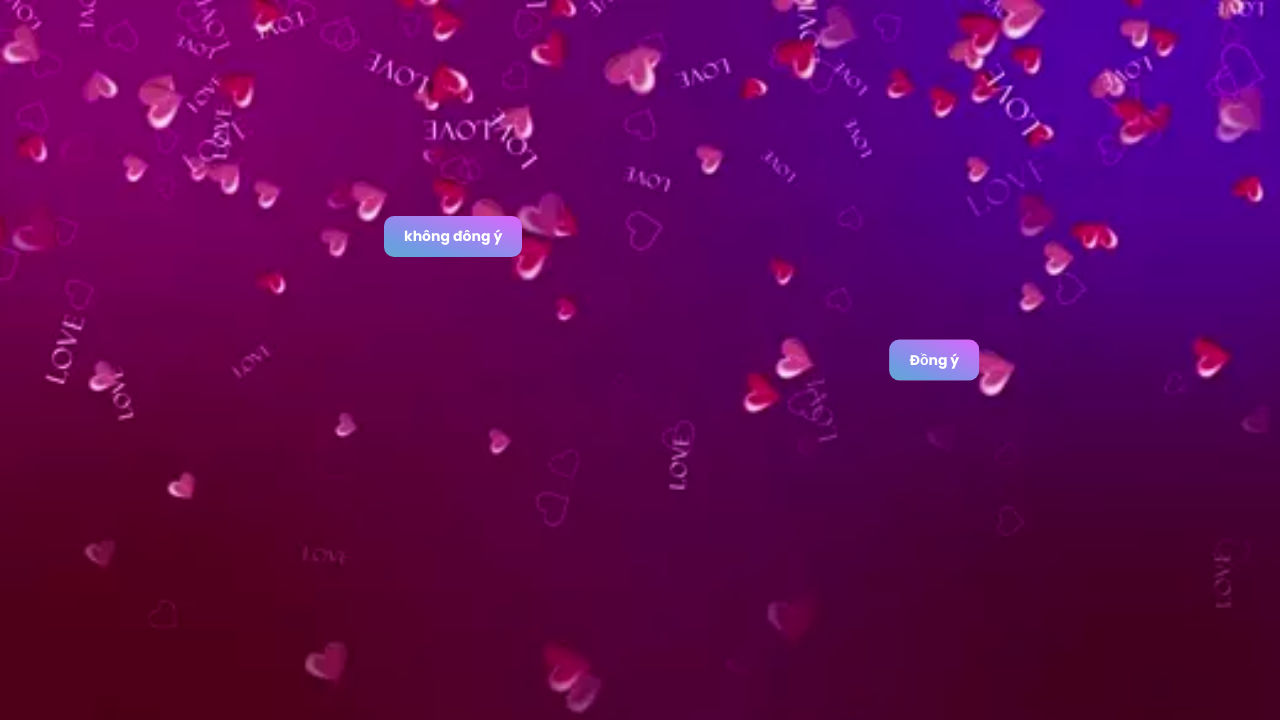
Repository: kuluong2000/love
Page: index.html
An editor plug-in stored every save of this project. The page is shown before and after the next save, followed by the edit.
The browser window is 1280 px wide. The pictures show the whole page.

Above is the page before, as saved 2022-06-04 22:45:42.

### index.html
<!DOCTYPE html>
<html lang="en">
  <head>
    <meta charset="UTF-8" />
    <meta http-equiv="X-UA-Compatible" content="IE=edge" />
    <meta name="viewport" content="width=device-width, initial-scale=1.0" />
    <link rel="stylesheet" href="app.css" />
    <title>Document</title>
  </head>
  <body>
    <div class="love">
      <button class="love-success btn">Đồng ý</button>
      <button class="love-fail btn">không đông ý</button>
    </div>
    <div class="box">
      <h1>Yêu cậu</h1>
      <p>Moaaaaaaaaaaa</p>
    </div>
    <script src="./app.js"></script>
  </body>
</html>

### app.css
@import url("https://fonts.googleapis.com/css2?family=Poppins:ital,wght@0,300;0,400;0,500;0,600;0,700;1,300;1,400;1,500;1,600;1,700&display=swap");
* {
  padding: 0;
  margin: 0;
  box-sizing: border-box;
}
body {
  font-family: "Poppins", sans-serif;
}
.love {
  position: relative;
  width: 100%;
  height: 100vh;
  background: url("./image/bg.webp") no-repeat center / cover;
}
.btn {
  display: inline-block;
  position: absolute;
  border: none;
  outline: none;
  cursor: pointer;
  padding: 10px 20px;
  border-radius: 10px;
  background-image: linear-gradient(to right top, #6ba6d1, #69a2d9, #6c9ee0, #7698e5, #8491e8, #8e8cec, #9b87ef, #a980f0, #b57af5, #c273f8, #d06afa, #df5ffb);
  color: white;
  font-size: 14px;
  font-family: "Poppins", sans-serif;
  font-weight: bold;
  transition: color 0.2s ease;
  overflow: hidden;
}

.btn::before {
  content: "";
  position: absolute;
  width: 0%;
  height: 100%;
  top: 0;
  right: 0;

  /* background-color: transparent; */
  transition: width 0.2s cubic-bezier(0.29, 0.18, 0.26, 0.83);
  background-image: linear-gradient(to right top, #6b74d1, #736ddb, #8065e3, #905ae8, #a34aeb, #b33ee4, #c12ddb, #ce12d2, #d508c1, #d808b0, #da12a1, #d91d93);

  z-index: -1;
}
.btn:hover::before {
  width: 100%;
  left: 0;
}
.love-success {
  right: 20%;
  top: 50%;
  transform: translate(-50%, -50%);
}
.love-fail {
  top: 30%;
  left: 30%;
  transform: translate(0);
}
.box {
  position: absolute;
  top: 50%;
  left: 50%;
  width: 300px;
  height: 200px;
  border-radius: 10px;
  transform: translate(-50%, -50%);
  background-image: linear-gradient(to right, #6b74d1, #736ddb, #8065e3, #905ae8, #a34aeb, #b33ee4, #c12ddb, #ce12d2, #d508c1, #d808b0, #da12a1, #d91d93);
  box-shadow: rgba(100, 100, 111, 0.2) 0px 7px 29px 0px;
  color: white;
  display: flex;
  align-items: center;
  justify-content: center;
  flex-direction: column;
  opacity: 0;
  visibility: hidden;
  transform: scale(0);
  transition: transform 0.3s linear;
  z-index: 999999;
}
.box.open {
  opacity: 1;
  visibility: visible;
  transform: scale(1);
}

### app.js
let position = document.body.getBoundingClientRect();
let widthBody = position.width;
let height = position.height;
let btnSuccess = document.querySelector(".love-success");
const btnFail = document.querySelector(".love-fail");
const btnSize = btnFail.offsetWidth;
const box = document.querySelector(".box");
btnFail.addEventListener("mouseenter", () => {
  btnFail.style.left = `${Math.random() * widthBody}px`;

  btnFail.style.top = `${Math.random() * height}px`;
  //   btnFail.style.left = `${Math.random() * widthBody}px`;
  //   btnFail.style.left = `${Math.random() * widthBody}px`;
});
btnSuccess.addEventListener("click", () => {
  box.classList.add("open");
});

After the next save:
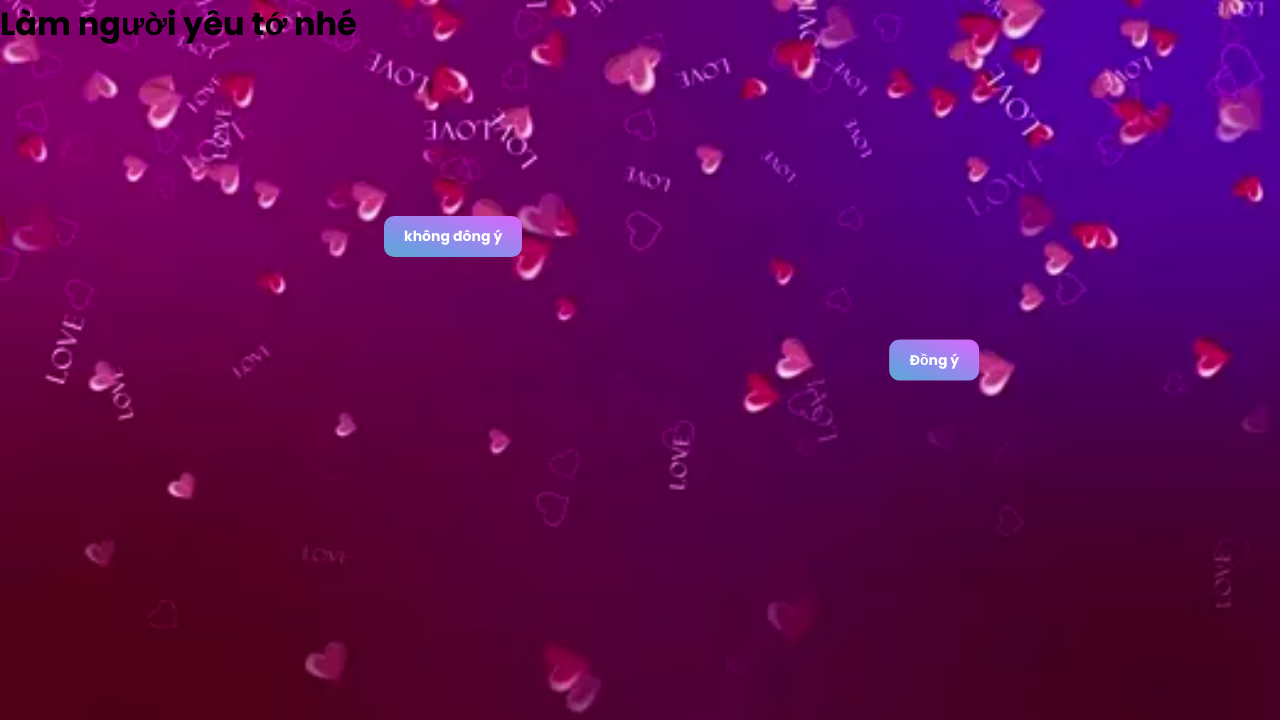
Saved 11 h 14 min later.
--- a/index.html
+++ b/index.html
@@ -9,11 +9,12 @@
   </head>
   <body>
     <div class="love">
+      <h1>Làm người yêu tớ nhé</h1>
       <button class="love-success btn">Đồng ý</button>
       <button class="love-fail btn">không đông ý</button>
     </div>
     <div class="box">
-      <h1>Yêu cậu</h1>
+      <h2>Yêu cậu</h2>
       <p>Moaaaaaaaaaaa</p>
     </div>
     <script src="./app.js"></script>
